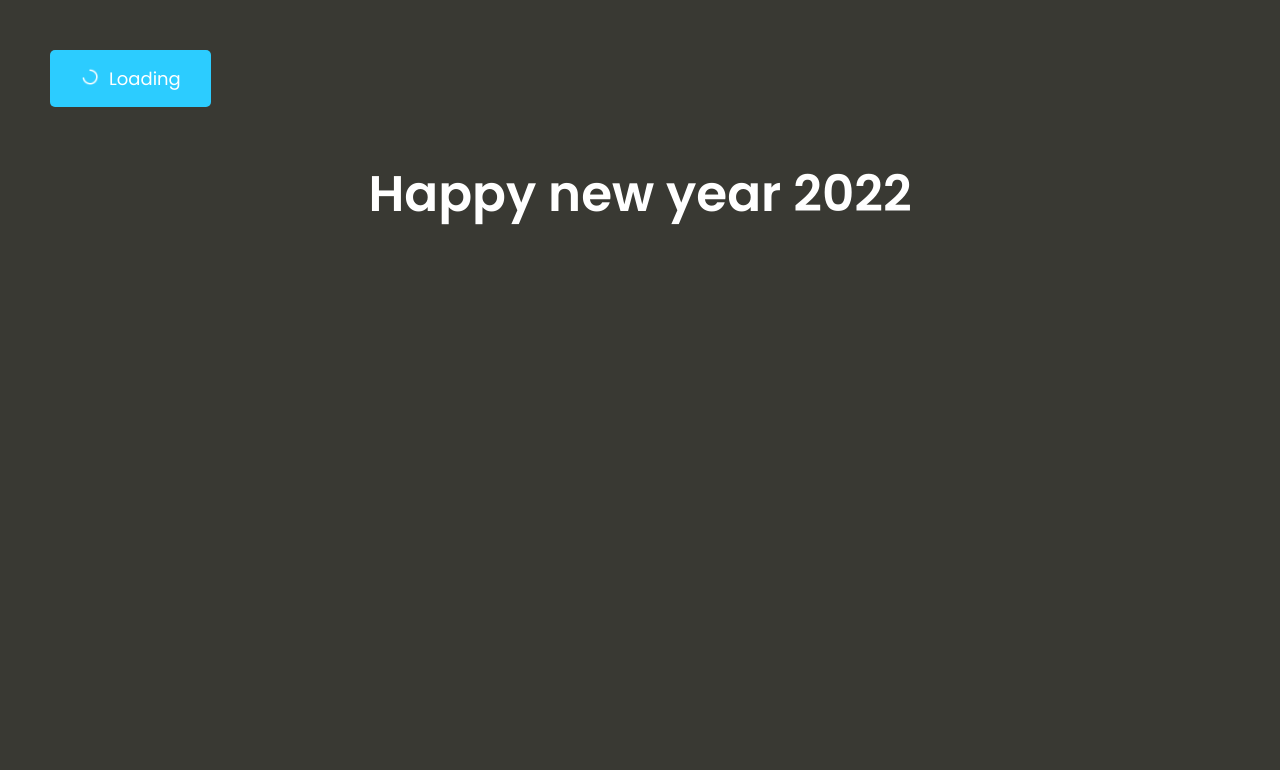
Repository: hoang0508/ReactJsDevWork
Page: /
The author's editor kept a copy of each file at every save. The page is drawn from the files as they stood at one save, then again after the next save.
The browser window is 1280 px wide. The pictures show the whole page.
The project was rebuilt for these pictures with package versions that can differ from the ones it lists, and the page was loaded fresh each time.

Above is the page before, as saved 2022-02-01 23:31:48.

### src/index.scss
body {
  margin: 0;
  font-family: "Poppins", sans-serif;
  font-size: 16px;
  -webkit-font-smoothing: antialiased;
  -moz-osx-font-smoothing: grayscale;
}

code {
  font-family: source-code-pro, Menlo, Monaco, Consolas, "Courier New",
    monospace;
}

### src/App.js
import "./App.scss";
import Button from "./components/Button/Button";
// import Food from "./components/FoodApi/Food";

function App() {
  return (
    <>
      {/* <div>Hello</div> */}
      {/* <Food /> */}
      <Button />
    </>
  );
}

export default App;

### src/App.scss
@import url("https://fonts.googleapis.com/css2?family=Poppins:ital,wght@0,300;0,400;0,500;0,600;0,700;1,600&family=Red+Hat+Display:wght@300;400;500;600;700&display=swap");
*,
*::before,
*::after {
  box-sizing: border-box;
}
body,
h1,
h2,
h3,
h4,
h5,
h6,
p,
figure,
picture {
  margin: 0;
}
body {
  min-height: 100vh;
  line-height: 1.5;
}
input,
button,
select,
textarea {
  font: inherit;
}
img,
picture {
  display: block;
  max-width: 100%;
}
/* remove animation for people who've turned them off */
@media (prefers-reduced-motion: reduce) {
  *,
  *::before,
  *::after {
    animation-duration: 0.01ms !important;
    animation-iteration-count: 1 !important;
    transition-duration: 0.01ms !important;
    scroll-behavior: auto !important;
  }
}

body {
  background-color: #393933;
}

### src/components/Button/Button.js
import React, { useEffect, useRef, useState } from "react";
import "./Button.scss";
import "boxicons/css/boxicons.min.css";
const Button = () => {
  const [loading, setLoading] = useState(false);
  const [text, setText] = useState(false);
  const btnRef = useRef(null);
  const handleClickBtn = () => {
    setLoading(!loading);
    if (setText(true)) {
      setLoading(false);
    }
  };
  useEffect(() => {
    handleClickBtn();
    const btnWidth = btnRef.current.clientWidth + 29;
    btnRef.current.style.width = btnWidth;
  }, []);
  return (
    <div>
      <button className="btn" onClick={() => handleClickBtn()} ref={btnRef}>
        <div className={`btn-spinner ${loading ? "active" : ""}`}>
          <i className="bx bx-loader-alt bx-spin"></i>
        </div>
        <span className="btn-text">Loading</span>
      </button>
      {text && loading && <p className="btn-desc">Happy new year 2022</p>}
    </div>
  );
};

export default Button;

### src/components/Button/Button.scss
.btn {
  margin: 50px;
  font-family: "Poppins", sans-serif;
  font-size: 18px;
  background-color: #2cccff;
  color: #fff;
  outline: none;
  border: 0;
  border-radius: 5px;
  display: flex;
  align-items: center;
  padding: 15px 30px;
  cursor: pointer;
  overflow: hidden;
  &-spinner {
    width: 0;
    opacity: 0;
    visibility: hidden;
    overflow: hidden;
    transition: all 0.3s linear;
    &.active {
      width: 19px;
      margin-right: 10px;
      opacity: 1;
      visibility: visible;
    }
  }
  &-desc {
    text-align: center;
    font-size: 50px;
    font-weight: 600;
    letter-spacing: 1.5;
    color: #fff;
  }
}

Loaded but not shown: public/index.html (common file); src/index.js (common file); src/reportWebVitals.js (common file)

After the next save:
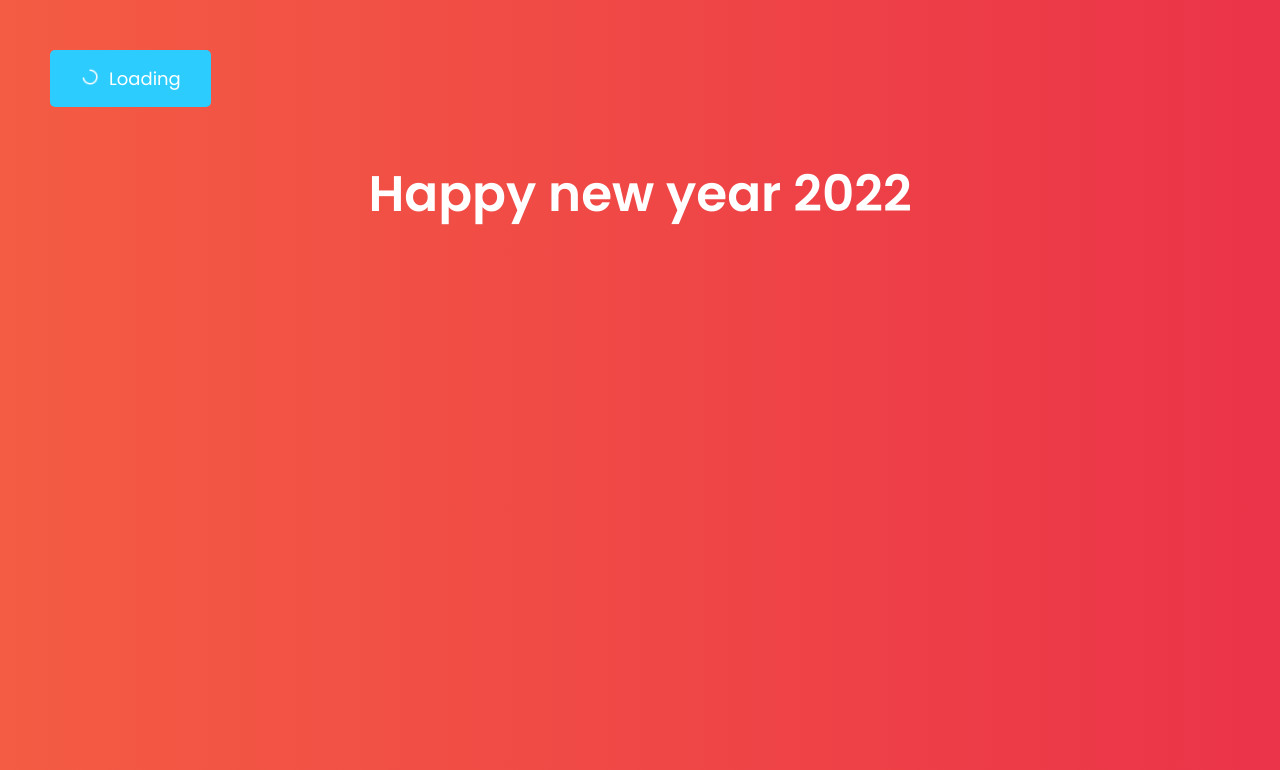
Saved 81 s later.
--- a/src/App.scss
+++ b/src/App.scss
@@ -44,5 +44,15 @@ picture {
 }
 
 body {
-  background-color: #393933;
+  background: #eb3349; /* fallback for old browsers */
+  background: -webkit-linear-gradient(
+    to right,
+    #f45c43,
+    #eb3349
+  ); /* Chrome 10-25, Safari 5.1-6 */
+  background: linear-gradient(
+    to right,
+    #f45c43,
+    #eb3349
+  ); /* W3C, IE 10+/ Edge, Firefox 16+, Chrome 26+, Opera 12+, Safari 7+ */
 }
